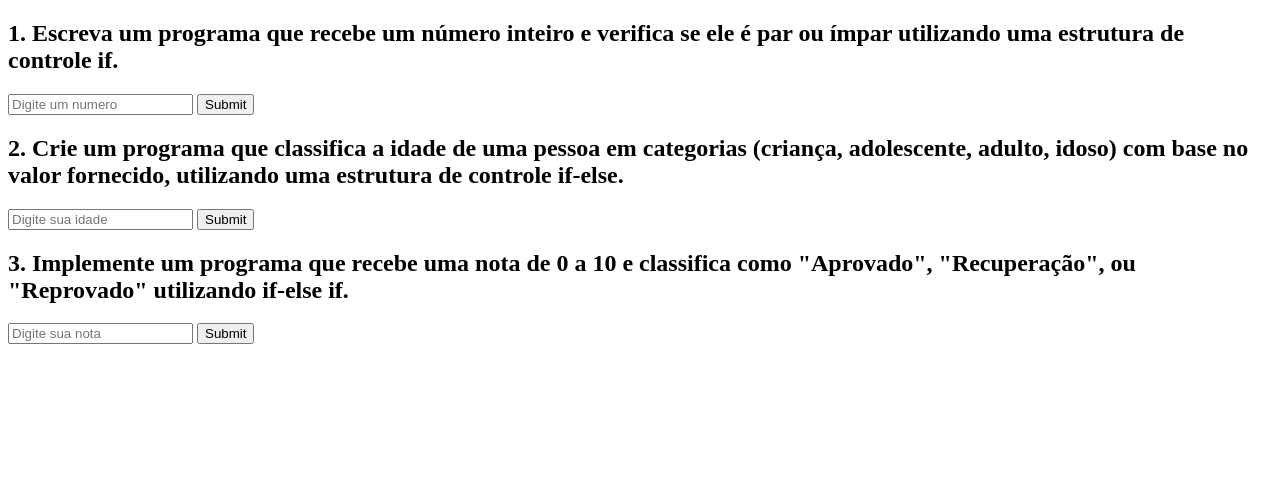
Repository: chidekina/prati-logica
Page: index.html
An editor plug-in stored every save of this project. The page is shown before and after the next save, followed by the edit.
The browser window is 1280 px wide. The pictures show the whole page.

Above is the page before, as saved 2025-04-29 14:04:54.

### index.html
<!DOCTYPE html>
<html lang="en">
<head>
    <main>
        <meta charset="UTF-8">
        <meta name="viewport" content="width=device-width, initial-scale=1.0">
        <title>+prati - Lista de Exercicios 1</title>
    </head>
<body>
    <div>
        <h2>
            1. Escreva um programa que recebe um número inteiro e verifica se ele é par ou ímpar
utilizando uma estrutura de controle if.
    </h2>
    <div>
        <input id="task1" type="text" placeholder="Digite um numero" />
        <input type="submit" onclick="parOuImpar()">
    </div>
    <h3 id="answer1"></h3>
</div>
    <div>
        <h2>
            2. Crie um programa que classifica a idade de uma pessoa em categorias (criança,
adolescente, adulto, idoso) com base no valor fornecido, utilizando uma estrutura de
controle if-else.
    </h2>
    <div>
        <input id="task2" type="text" placeholder="Digite sua idade" />
        <input type="submit" onclick="classificacaoEtaria()">
    </div>
    <h3 id="answer2"></h3>
</div>
    <div>
        <h2>
            3. Implemente um programa que recebe uma nota de 0 a 10 e classifica como
"Aprovado", "Recuperação", ou "Reprovado" utilizando if-else if.
    </h2>
    <div>
        <input id="task3" type="text" placeholder="Digite sua nota" />
        <input type="submit" onclick="aprovacao()">
    </div>
    <h3 id="answer3"></h3>
</div>
</main>
<script src="app.js"></script>
</body>
</html>

### app.js
function parOuImpar() {
  const task1 = document.getElementById("task1");
  const numero = parseInt(task1.value);
  let answer1 = document.getElementById("answer1");

  if (isNaN(numero)) {
    alert("Digite um número válido.");
  } else {
    answer1.innerHTML = `O número ${numero} é ${numero % 2 === 0 ? 'par' : 'ímpar'}`;
  }
  task1.value = '';
}

function classificacaoEtaria() {
  const task2 = document.getElementById("task2");
  const idade = parseInt(task2.value);
  let classificacao;
  let answer2 = document.getElementById("answer2");

  if (isNaN(idade) || idade > 100 || idade < 0) {
    alert("Digite uma idade válida.");
  } else {
    if (idade >= 60) {
      classificacao = "idoso";
    } else if (idade >= 20) {
      classificacao = "adulto";
    } else if (idade >= 12) {
      classificacao = "adolescente";
    } else {
      classificacao = "criança";
    }
    answer2.innerHTML = `A idade de ${idade} anos é classificada como ${classificacao}.`;
  }
  task2.value = '';
}

function aprovacao() {
    const task3 = document.getElementById('task3');
    const nota = task3.value;

    if( nota < 0 || nota > 10 || isNaN(nota)) {
        alert('Digite uma nota válida.');
    } else {
        answer3.innerHTML = nota >= 7 ? 'Parabéns! Você foi aprovado.' : 'Poxa... Você ficou de recuperação.';
    }

    task3.value = '';
}

After the next save:
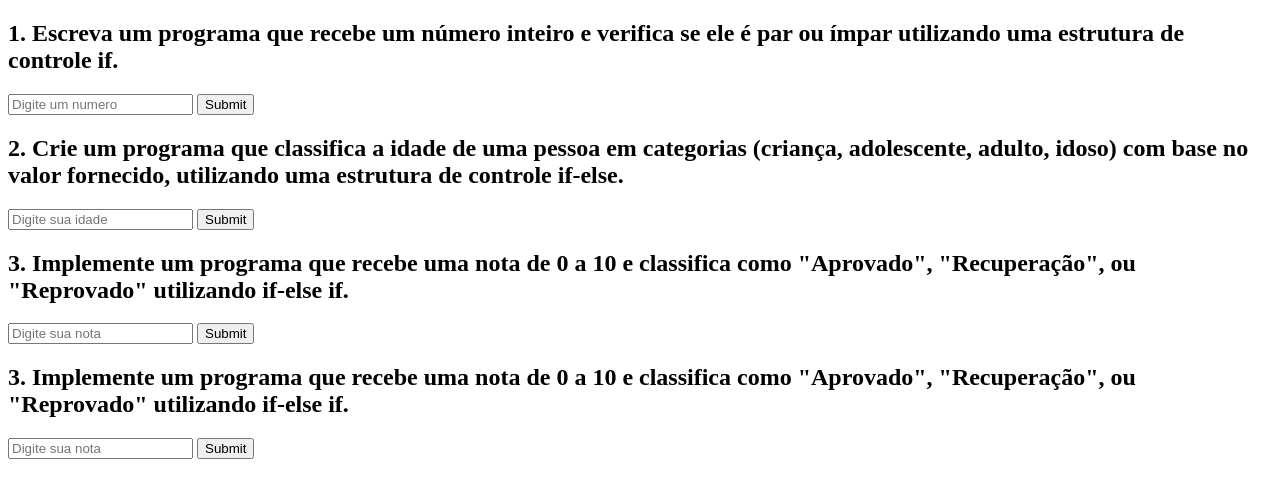
Saved 19 min 42 s later.
--- a/index.html
+++ b/index.html
@@ -41,6 +41,17 @@ controle if-else.
     </div>
     <h3 id="answer3"></h3>
 </div>
+    <div>
+        <h2>
+            3. Implemente um programa que recebe uma nota de 0 a 10 e classifica como
+"Aprovado", "Recuperação", ou "Reprovado" utilizando if-else if.
+    </h2>
+    <div>
+        <input id="task3" type="text" placeholder="Digite sua nota" />
+        <input type="submit" onclick="aprovacao()">
+    </div>
+    <h3 id="answer3"></h3>
+</div>
 </main>
 <script src="app.js"></script>
 </body>
